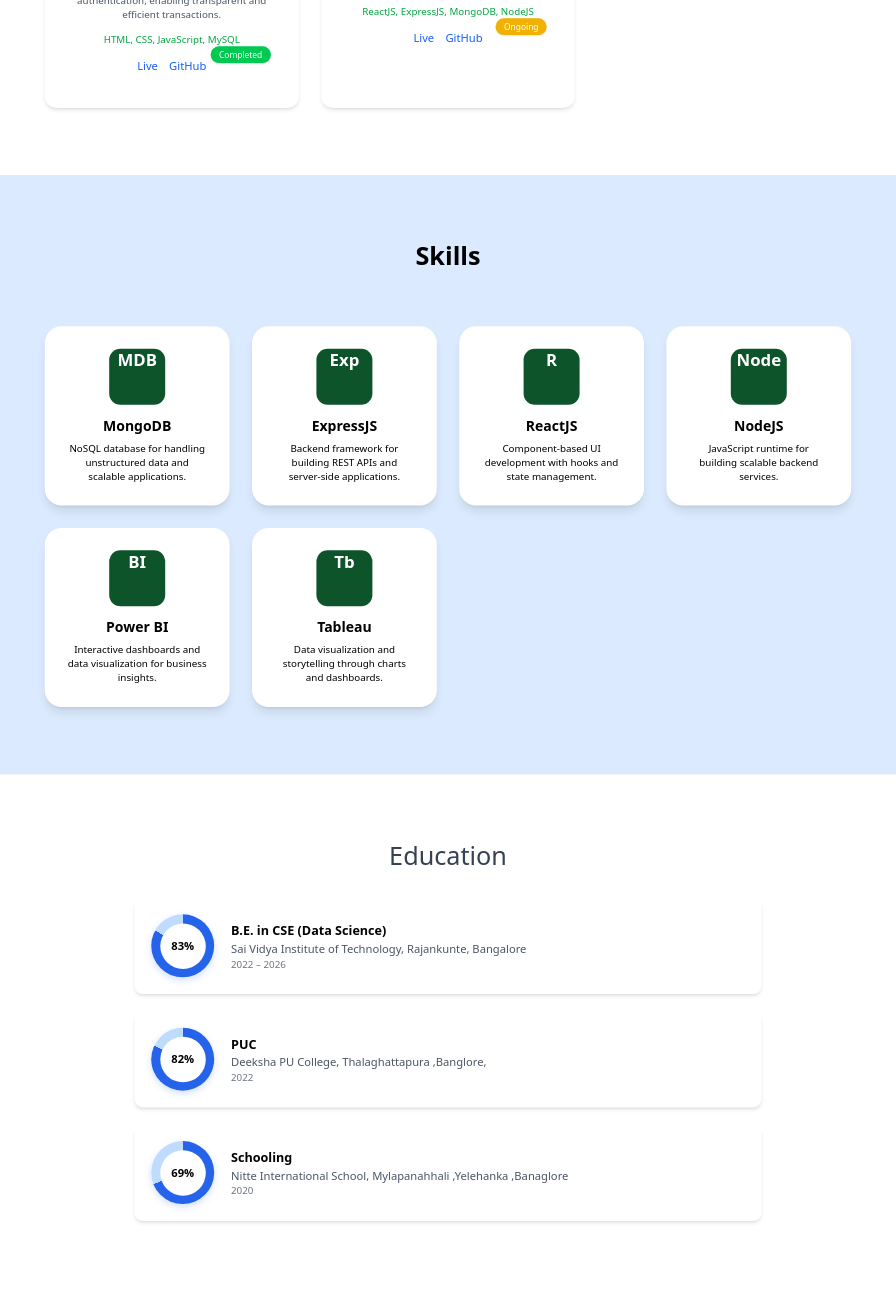
Repository: Rhaashee/myProfile
Page: index.html
An editor plug-in stored every save of this project. The page is shown before and after a run of saves, followed by the edit.
The browser window is 1280 px wide. The pictures show the part of the page from y = 1743 to 3663 px (the page is 3607 px tall before and 3879 px after), at 70% of full size.

Above is the page before, as saved 2026-04-29 16:39:11.
Console error: SyntaxError: Identifier 'projectsData' has already been declared

### index.html
<!-- MERN_Stu_FebMay26Mys\W4\D5\portfolio-project\index.html -->
<!DOCTYPE html>
<html lang="en">

<head>
    <meta charset="UTF-8">
    <meta name="viewport" content="width=device-width, initial-scale=1.0">

    <title>Week 3 & 4 Portfolio Project</title>

    <script src="https://cdn.jsdelivr.net/npm/@tailwindcss/browser@4"></script>

    <link rel="stylesheet" href="css/custom.css">

</head>

<body>
    <!-- HERO SECTION -->

    <section
        class="min-h-screen flex flex-col lg:flex-row lg:items-center lg:justify-between px-8 lg:px-16 py-20 gap-12 lg:gap-20">

        <div class="order-2 lg:order-1 flex-1 lg:max-w-lg text-center lg:text-left">

            <h1 class="text-5xl mb-6 font-bold" style="font-family: 'Poppins', sans-serif;">Rhaashee L</h1>

            <p class="text-xl lg:text-2xl text-slate-600 font-bold mb-10 max-w-md mx-auto lg:mx-0">
                Full-Stack developer | MERN enthusiast | Competitive Programmer
            </p>

            <div
                class="flex flex-col sm:flex-row gap-4 justify-center lg:justify-start items-center lg:items-start mb-8">

                <a href="#projects" class="bg-red-400 hover:bg-green-500 px-10 py-4 rounded shadow-xl">
                    View Projects
                </a>

                <a href="#resume" class="bg-blue-400 hover:bg-green-500 px-10 py-4 rounded shadow-xl">
                    Download Resume
                </a>

            </div>

            <div class="flex flex-wrap gap-6 justify-center lg:justify-start text-sm font-bold">

                <span>100+ Github commits</span>
                <span>50 LeetCode Questions Solved</span>
                <span>1 live projects completed</span>

            </div>

        </div>

        <div class="order-1 lg:order-2 w-full lg:w-96 max-w-sm mx-auto lg:mx-0">

            <img src="assets/images/img.jpg" alt="My photo"
                class="aspect-square w-full rounded shadow-lg mx-auto lg:mx-0 hover:ring-blue-500 transition-all duration-300 hover:scale-[1.02]"
                loading="lazy">

        </div>

    </section>

    <!-- NAVBAR -->

    <nav class="sticky top-0 z-50 bg-white/95 backdrop-blur-md border-b shadow-lg">

        <div class="max-w-7xl mx-auto px-6 py-4 flex items-center justify-between">

            <a href="#"
                class="text-2xl font-bold bg-clip-text bg-gradient-to-r from-red-400 to-slate-700 text-transparent">
                RL
            </a>

            <ul class="hidden md:flex items-center gap-10">

                <li><a href="#projects" class="text-lg font-bold hover:text-blue-600">Projects</a></li>

                <li><a href="#experience" class="text-lg font-bold hover:text-blue-600">Experience</a></li>

                <li><a href="#skills" class="text-lg font-bold hover:text-blue-600">Skills</a></li>

            </ul>
            <button id="theme-toggle" class="bg-blue-200 px-4 py-2 rounded font-bold">Theme</button>
            <a href="#contact" class="bg-red-400 hover:bg-green-500 rounded transition-all duration-300 px-8 py-3">
                Let's talk
            </a>

        </div>

    </nav>

    <!-- PROJECTS -->

    <section id="projects" class="py-24 px-8 lg:px-16">

        <div class="max-w-7xl mx-auto">

            <div class="text-center mb-10">

                <h2 class="text-4xl lg:text-5xl mb-6">My Projects</h2>

                <p class="text-xl max-w-2xl mx-auto">
                    Enterprise scale full-stack applications built with modern frameworks
                </p>

            </div>

            <!-- Project Search (Feature will attach here) -->

            <div class="mb-10 text-center">

                <input id="project-search" type="text" placeholder="Search projects..."
                    class="border rounded px-6 py-3 w-full max-w-md">

            </div>

            <!-- Project Filter Bar -->

            <div id="project-filters" class="flex flex-wrap justify-center gap-4 mb-12">
            </div>

            <!-- Dynamic container for projects -->

            <div id="projects-container" class="grid grid-cols-1 md:grid-cols-2 lg:grid-cols-3 gap-8">
            </div>

        </div>

    </section>


    </section>

    <!-- SKILLS -->

    <section id="skills" class="py-24 px-8 lg:px-16 bg-blue-100">

        <div class="max-w-7xl mx-auto">

            <h2 class="text-4xl text-center font-bold mb-20">
                Skills
            </h2>

            <!-- Dynamic Skills Container -->

            <div id="skills-container" class="grid grid-cols-1 md:grid-cols-2 lg:grid-cols-4 gap-8">
            </div>

        </div>

    </section>

    <!-- CONTACT MODAL -->

    <button id="modal-trigger"
        class="fixed bottom-8 right-8 w-16 h-16 bg-blue-900 text-white rounded-full shadow-2xl flex items-center justify-center text-2xl font-bold">
        ☏
    </button>

    <div id="contact-modal" class="fixed inset-0 z-50 hidden bg-black/50 backdrop-blur-md">

        <div class="flex items-center justify-center min-h-screen p-4">

            <div id="modal-content"
                class="bg-white w-full max-w-md rounded-2xl shadow-2xl scale-95 opacity-0 transition-all duration-300">

                <div class="sticky top-0 border-b p-8 pt-12 bg-white">

                    <h3 class="text-2xl font-bold">Contact Me</h3>

                    <button id="modal-close" class="absolute top-6 right-6 text-2xl font-bold">
                        ×
                    </button>

                </div>

                <form id="contact-form" class="p-8 space-y-4">

                    <input id="contact-name" type="text" placeholder="Your name"
                        class="w-full border rounded px-4 py-3">

                    <input id="contact-email" type="email" placeholder="email@website.com"
                        class="w-full border rounded px-4 py-3">

                    <p id="form-message" class="text-sm text-red-500"></p>

                    <div class="flex flex-col sm:flex-row gap-4 pt-4">

                        <button type="button" id="form-cancel" class="flex-1 font-bold py-4 px-6">
                            Cancel
                        </button>

                        <button type="submit" class="flex-1 font-bold py-4 px-6">
                            Submit
                        </button>

                    </div>

                </form>

            </div>

        </div>

    </div>
    <!--Education and experience-->
    <section id="experience" class="py-24 px-8 lg:px-16">

        <div class="max-w-4xl mx-auto">

            <h2 class="text-4xl text-gray-700 text-center mb-10">
                Education
            </h2>

            <!-- Dynamic Education -->
            <div id="education-container"></div>

        </div>

    </section>
    <!-- SWIPE TO HOME BUTTON -->

    <button id="home-swiper"
        class="fixed bottom-8 left-8 bg-pink-200 text-white px-5 py-3 rounded-full shadow-xl hover:bg-blue-600 transition">
        Back to Home
    </button>
    <!-- MAIN JS ENTRY-->

    <script src="js/data/projects.js"></script>
    <script src="js/data/skills.js"></script>
    <script src="js/features/skills-render.js"></script>
    <script src="js/features/modal.js"></script>
    <script src="js/features/contact-validation.js"></script>
    <script src="js/features/theme-toggle.js"></script>
    <script src="js/data/projects.js"></script>
    <script src="js/features/project-filter.js"></script>
    <script src="js/features/project-search.js"></script>
    <script src="js/main.js"></script>
    <script src="js/features/BackToTop.js"></script>
    <script src="js/data/education.js"></script>
    <script src="js/features/education-render.js"></script>



</body>

</html>

### css/custom.css
.dark-mode{
    background-color: black;
    color: white;
}
.dark-mode nav{
    background-color: rgb(178, 173, 173);
    color: white;
}
.dark-mode section{
    background-color: rgb(0, 0, 0);
    color: white;
}
.dark-mode .bg-blue-100{
    background-color: rgb(235, 236, 240);
    color: rgb(153, 145, 145);
}
.dark-mode .bg-white{
    background-color: rgb(0, 0, 0);
}
.dark-mode .text-gray-700{
    color: white;
}
.line-clamp-2 {
  display: -webkit-box;
  -webkit-line-clamp: 2;
  -webkit-box-orient: vertical;
  overflow: hidden;
}
.progress-circle {
  width: 90px;
  height: 90px;
  border-radius: 50%;
  display: flex;
  align-items: center;
  justify-content: center;
  box-shadow: 0 4px 10px rgba(37, 99, 235, 0.2);
}

.inner-circle {
  width: 65px;
  height: 65px;
  background: white;
  border-radius: 50%;
  display: flex;
  align-items: center;
  justify-content: center;
  font-weight: bold;
}

.dark .inner-circle {
  background: #eff6ff;
}

### js/data/projects.js
const projectsData = [
  {
    id: 1,
    name: "Virtual Herbal Garden – AYUSH Soap Products",
    category: "Web Development",
    description:
      "Designed an interactive platform for exploring herbal plants and their uses in AYUSH soap products, providing detailed plant and product information.",
    technologies: ["Python", "HTML", "CSS"],
    status: "Completed",
    liveDemo: "#",
    github: "#"
  },
  {
    id: 2,
    name: "AI-Integrated Feedback System for Teachers (Prototype)",
    category: "AI / NLP",
    description:
      "Built a prototype to automate student feedback collection and analysis using NLP techniques, enabling structured insights from textual responses.",
    technologies: ["Python", "Flask", "NLP"],
    status: "Prototype",
    liveDemo: "#",
    github: "#"
  },
  {
    id: 3,
    name: "Portfolio Website",
    category: "Frontend",
    description:
      "Responsive personal portfolio website showcasing projects, skills, and contact information.",
    technologies: ["HTML", "Tailwind CSS", "JavaScript"],
    status: "Live",
    liveDemo: "#",
    github: "#"
  },{

    id: 5,
    name: "Land Leasing Platform for Farmers (Ongoing)",
    category: "Web Development",
    description:
      "Developing a web-based platform for secure land leasing with buyer and seller authentication, enabling transparent and efficient transactions.",
    technologies: ["HTML", "CSS", "JavaScript", "MySQL"],
    status: "Completed",
    liveDemo: "#",
    github: "#"
  },
  {
    id: 6,
    name: "BookMyShow Clone",
    category: "MERN",
    description:
      "Full stack movie ticket booking application with AI-powered smart movie suggestions.",
    technologies: ["ReactJS", "ExpressJS", "MongoDB", "NodeJS"],
    status: "Ongoing",
    liveDemo: "#",
    github: "#"
  }

];

### js/data/skills.js

const skillsData = [
  {
    id: 1,
    name: "MongoDB",
    shortLabel: "MDB",
    description: "NoSQL database for handling unstructured data and scalable applications."
  },
  {
    id: 2,
    name: "ExpressJS",
    shortLabel: "Exp",
    description: "Backend framework for building REST APIs and server-side applications."
  },
  {
    id: 3,
    name: "ReactJS",
    shortLabel: "R",
    description: "Component-based UI development with hooks and state management."
  },
  {
    id: 4,
    name: "NodeJS",
    shortLabel: "Node",
    description: "JavaScript runtime for building scalable backend services."
  },
  {
    id: 5,
    name: "Power BI",
    shortLabel: "BI",
    description: "Interactive dashboards and data visualization for business insights."
  },
  {
    id: 6,
    name: "Tableau",
    shortLabel: "Tb",
    description: "Data visualization and storytelling through charts and dashboards."
  },

];

### js/features/skills-render.js
function renderSkills(){
    const skillsContainer = document.getElementById("skills-container");

    if(!skillsContainer){
        console.log("Skills Contianer not found");
        return;
    }
    skillsContainer.innerHTML = "";
    skillsData.forEach(function(skill){
        // to create outer card
        const card = document.createElement("div");
        card.className = "p-8 text-center bg-white rounded-3xl shadow-lg";

        // create icon
        const iconBox = document.createElement("div");
        iconBox.className = "w-20 h-20 mx-auto mb-4 bg-green-900 rounded-2xl flex item-center justify-center";

        // create icon
        const iconText = document.createElement("span");
        iconText.className = "text-2xl text-white font-bold"
        iconText.textContent = skill.shortLabel;

        // Put iconText inside iconBox
        iconBox.appendChild(iconText);

        // create a skill name
        const skillsName = document.createElement("h3");
        skillsName.className = "text-xl font-bold mb-2";
        skillsName.textContent = skill.name;

        // create skill description
        const skillDescription = document.createElement("p");
        skillDescription.className = "text-sm";
        skillDescription.textContent = skill.description;

        // append all child elements to card
        card.appendChild(iconBox);
        card.appendChild(skillsName);
        card.appendChild(skillDescription);

        // append card to skills container
        skillsContainer.appendChild(card);
    });
    console.log("Skills rendered successfully");
}

### js/features/modal.js
function initModal(){
    const modal = document.getElementById("contact-modal");
    const modalContent = document.getElementById("modal-content");
    const modalTrigger = document.getElementById("modal-trigger");
    const modalClose = document.getElementById("modal-close");
    const formCancel = document.getElementById("form-cancel");

    if(!modal || !modalContent || !modalTrigger || !modalClose || !formCancel){
        console.log("Modal element not found");
        return;
    }
    function openModal(){
        modal.classList.remove("hidden");

        setTimeout(function(){
            modalContent.classList.remove("scale-95","opacity-0");
        },10);
    }
    function closeModal(){
        modalContent.classList.add("scale-95","opacity-0");
        setTimeout(function(){
            modal.classList.add("hidden");
        },200);
    }
    modalTrigger.addEventListener("click",openModal);
    modalClose.addEventListener("click",closeModal);
    formCancel.addEventListener("click",closeModal);

    //close when clicking on backdrop
    modal.addEventListener("click",function(event){
        if(event.target === modal){
            closeModal();
        }
    });
    console.log("Modal opened successfully");
}

### js/features/contact-validation.js
function initContactValidation(){
    const contactModal = document.getElementById("contact-modal");
    const contactForm = document.getElementById("contact-form");
    const contactName = document.getElementById("contact-name");
    const contactEmail = document.getElementById("contact-email");
    const formMessage = document.getElementById("form-message");

    if(!contactModal || !contactForm || !contactName || !contactEmail || !formMessage){
        console.log("Contact form elements not found");
        return;
    }

    contactForm.addEventListener("submit",function(event){
        event.preventDefault();

        const name = contactName.value.trim();
        const email = contactEmail.value.trim();

        formMessage.textContent = "";
        formMessage.className = "text-sm";

        // Name validation
        if(name === ""){
            formMessage.textContent = "Name is required";
            formMessage.classList.add("text-red-500");
            contactName.focus();
            return;
        }
        if(name.length < 5){
            formMessage.textContent = "Name must be atleast 5 chars"
            formMessage.classList.add("text-red-500");
            contactName.focus();
            return;
        }
        // Email Validation
        if(email === ""){
            formMessage.textContent = "Email is required";
            formMessage.classList.add("text-red-500");
            contactEmail.focus();
            return;
        }
        const emailPattern = /^[^\s@]+@[^\s@]+\.[^\s@]+$/;

        if(!emailPattern.test(email)){
            formMessage.textContent = "Enter valid email";
            formMessage.classList.add("text-red-500");
            contactEmail.focus();
            return;
        }

        formMessage.textContent = "Meassage Submitted Sucessfully";
        formMessage.classList.add("text-green-600");
        console.log("Valid credentials : ",{name:name,email:email});
        contactForm.reset();
    });
    contactName.addEventListener("input",function(){
        formMessage.textContent = "";
    });
    contactEmail.addEventListener("input",function(){
        formMessage.textContent = "";
    });
}

### js/features/theme-toggle.js
function initThemeToggle(){
    const toggleBtn = document.getElementById("theme-toggle");
    const body = document.body;

    const savedTheme = localStorage.getItem("portfolio-theme");

    if(savedTheme === "dark"){
        body.classList.add("dark-mode");
    }
    toggleBtn.addEventListener("click",function(){
        body.classList.toggle("dark-mode");
        if(body.classList.contains("dark-mode")){
            localStorage.setItem("portfolio-theme","dark");
            console.log("Dark mode enanbled");
        }else{
            localStorage.setItem("portfolio-theme","light");
            console.log("Light mode enanbled");
        }
    });
}

### js/features/project-search.js
// Search
document.addEventListener("DOMContentLoaded", () => {

    const searchInput = document.getElementById("project-search");

    // initial render
    renderProjects(projectsData);
    renderFilters();

    searchInput.addEventListener("input", () => {

        const term = searchInput.value.toLowerCase();

        const filtered = projectsData.filter((p) =>
            p.name.toLowerCase().includes(term) ||
            p.description.toLowerCase().includes(term) ||
            p.technologies.join(" ").toLowerCase().includes(term) ||
            p.category.toLowerCase().includes(term)
        );

        renderProjects(filtered);
    });

});

### js/main.js
document.addEventListener("DOMContentLoaded", function(){
    // Render Skills
    renderSkills();
    initModal();
    initContactValidation();
    initThemeToggle();
    SearchProjects();
})
document.addEventListener("DOMContentLoaded", () => {
  renderEducation();
});

### js/features/BackToTop.js
const swiperButton = document.getElementById("home-swiper");

// safety check (important)
if (swiperButton) {

    // hide initially
    swiperButton.style.display = "none";

    // scroll to top
    swiperButton.addEventListener("click", function () {
        window.scrollTo({
            top: 0,
            behavior: "smooth"
        });
    });

    // show on scroll
    window.addEventListener("scroll", function () {
        if (window.scrollY > 300) {
            swiperButton.style.display = "block";
        } else {
            swiperButton.style.display = "none";
        }
    });

}

### js/data/education.js
const educationData = [
    {
        id: 1,
        title: "B.E. in CSE (Data Science)",
        institution: "Sai Vidya Institute of Technology, Rajankunte, Bangalore",
        percentage: 83,
        duration: "2022 – 2026"
    },
    {
        id: 2,
        title: "PUC",
        institution: "Deeksha PU College, Thalaghattapura ,Banglore,",
        percentage: 82,
        duration: "2022"
    },
    {
        id: 3,
        title: "Schooling",
        institution: "Nitte International School, Mylapanahhali ,Yelehanka ,Banaglore",
        percentage: 69,
        duration: "2020"
    }
];

### js/features/education-render.js
function renderEducation() {
    const container = document.getElementById("education-container");

    if (!container) return;

    container.innerHTML = "";

    educationData.forEach((edu) => {

        // CARD
        const card = document.createElement("div");
        card.className =
            "flex items-center gap-6 bg-white dark:bg-blue-50 p-6 mb-6 rounded-xl shadow-md hover:shadow-lg transition";

        //  DONUT CIRCLE
        const circle = document.createElement("div");
        circle.className = "progress-circle";

        const value = edu.percentage;

        // BLUE DONUT
        circle.style.background =
            `conic-gradient(#2563eb ${value}%, #bfdbfe ${value}%)`;

        const inner = document.createElement("div");
        inner.className = "inner-circle";
        inner.textContent = value + "%";

        circle.appendChild(inner);

        // TEXT displaying name of school and college
        const textBox = document.createElement("div");

        const title = document.createElement("h3");
        title.className = "text-lg font-bold";
        title.textContent = edu.title;

        const inst = document.createElement("p");
        inst.className = "text-gray-600";
        inst.textContent = edu.institution;

        const duration = document.createElement("p");
        duration.className = "text-sm text-gray-500";
        duration.textContent = edu.duration;

        textBox.append(title, inst, duration);

        // FINAL
        card.append(circle, textBox);
        container.appendChild(card);
    });
}

Loaded but not shown: js/features/project-filter.js (88 lines, source omitted)

After the next 3 saves:
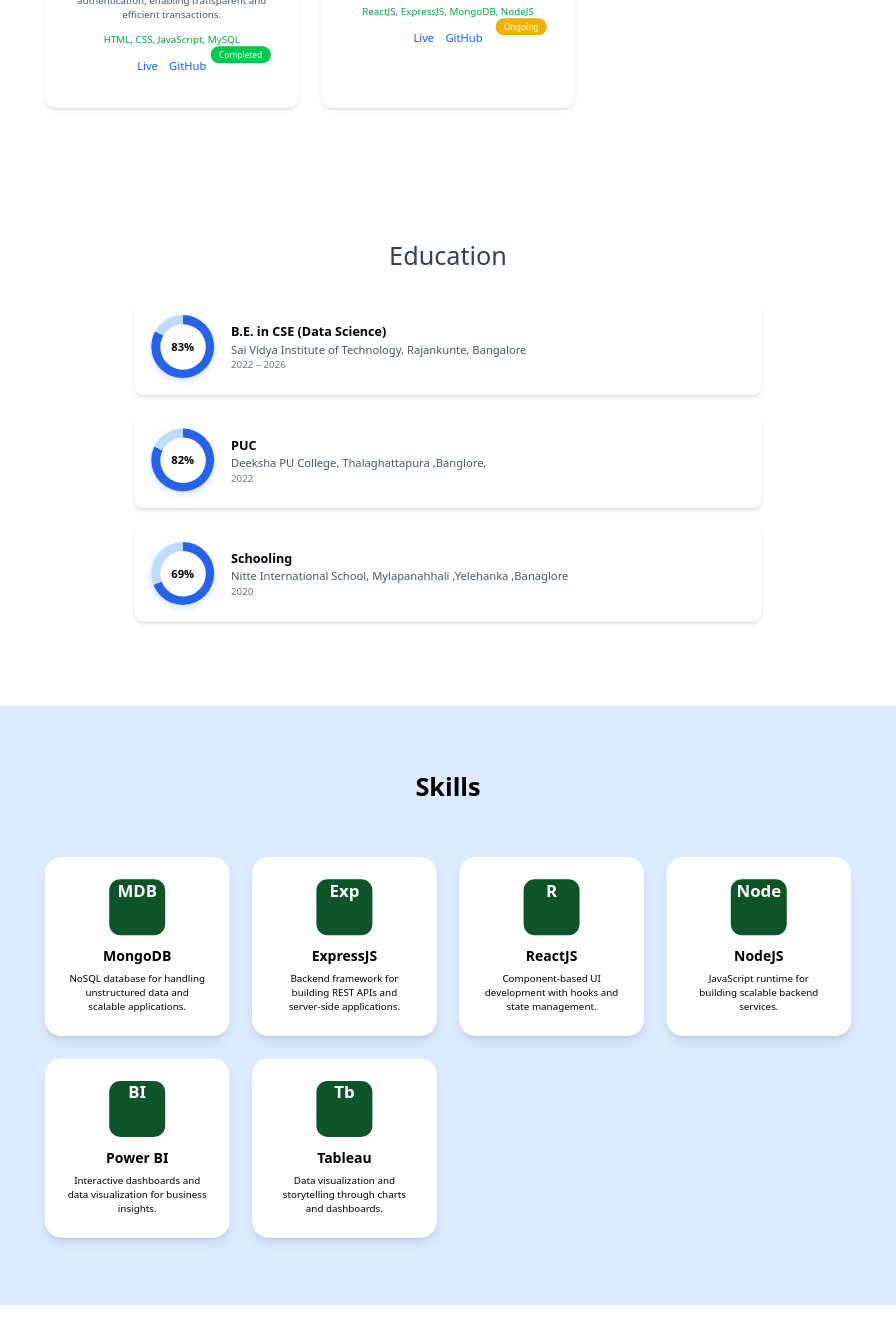
The 3 saves are shown as one change because they came seconds apart.
The last was saved 21 s later.
--- a/index.html
+++ b/index.html
@@ -129,6 +129,21 @@
 
     </section>
 
+    <!--Education and experience-->
+    <section id="experience" class="py-24 px-8 lg:px-16">
+
+        <div class="max-w-4xl mx-auto">
+
+            <h2 class="text-4xl text-gray-700 text-center mb-10">
+                Education
+            </h2>
+
+            <!-- Dynamic Education -->
+            <div id="education-container"></div>
+
+        </div>
+
+    </section>
 
     </section>
 
